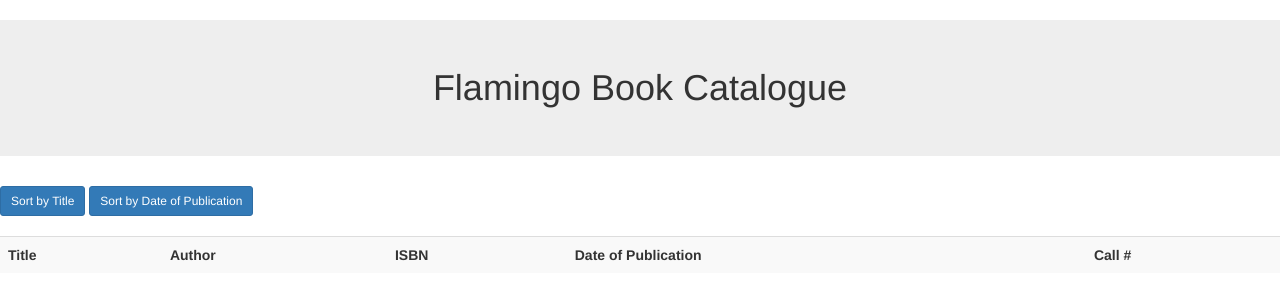
Repository: avega15/Library-Database
Page: http://localhost/main
An editor plug-in stored every save of this project. The page is shown before and after the next save, followed by the edit.
The browser window is 1280 px wide. The pictures show the whole page.
The page is this project's Thymeleaf template; nobody is signed in. The template is opened directly, without the code that normally fills it, so the values that code supplies are empty.

Above is the page before, as saved 2021-04-22 22:19:32.

### demo/src/main/resources/templates/main.html
<!DOCTYPE HTML>
<html xmlns:th="http://www.thymeleaf.org">
<head>
<title>Flamingo Palooza</title>
<link rel="icon" type="image/png" href="https://tinyurl.com/dh3wsprp"/>
<meta http-equiv="Content-Type" content="text/html; charset=UTF-8" />

<link rel="stylesheet"
	href="https://maxcdn.bootstrapcdn.com/bootstrap/3.4.1/css/bootstrap.min.css">
<script
	src="https://ajax.googleapis.com/ajax/libs/jquery/3.5.1/jquery.min.js"></script>
<script
	src="https://maxcdn.bootstrapcdn.com/bootstrap/3.4.1/js/bootstrap.min.js"></script>
</head>
<body>
	<h1 class="jumbotron" style="text-align: center">Flamingo Book
		Catalogue</h1>

	<button class="btn btn-primary btn-sm"
		onclick="window.location.href='titleSort'">Sort by Title</button>
	<button class="btn btn-primary btn-sm"
		onclick="window.location.href='dateSort'">Sort by Date of
		Publication</button>
	<br/>
	<br/>

	<table class="table table-striped">
		<tr>
			<th scope="col" onclick="window.location.href='titleSort';">Title</th>
			<th scope="col">Author</th>
			<th scope="col">ISBN</th>
			<th scope="col" onclick="window.location.href='dateSort';">Date
				of Publication</th>
			<th scope="col">Call #</th>
		</tr>
		<tr th:each="bib, bibStat: ${bibs}">
			<td th:text="${bibStat.count + '. ' + bib.getTitle()}"></td>
			<td th:text="${bib.getAuthor()}"></td>
			<td th:text="${bib.getIsbn()}"></td>
			<td th:text="${bib.getDate_of_publication()}"></td>
			<td th:text="${bib.getCall_number()}"></td>
		</tr>
	</table>
</body>
</html>

After the next save:
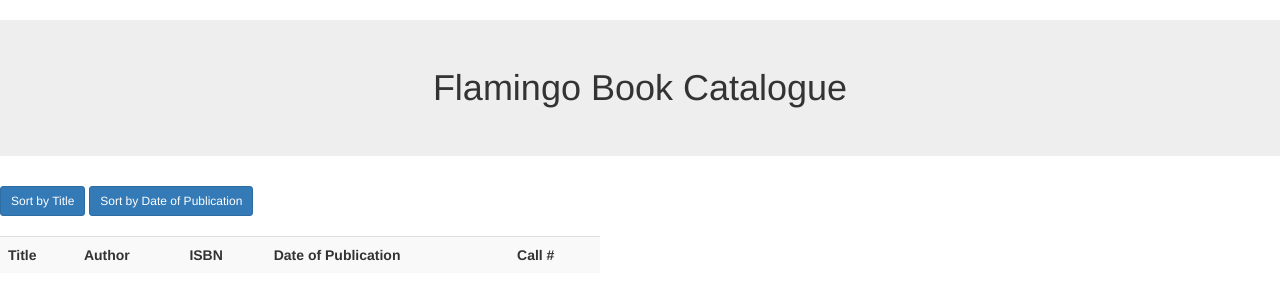
Saved 34 min 26 s later.
--- a/demo/src/main/resources/templates/main.html
+++ b/demo/src/main/resources/templates/main.html
@@ -24,7 +24,7 @@
 	<br/>
 	<br/>
 
-	<table class="table table-striped">
+	<table class="table table-striped" style="width:600px">
 		<tr>
 			<th scope="col" onclick="window.location.href='titleSort';">Title</th>
 			<th scope="col">Author</th>

After the save that followed:
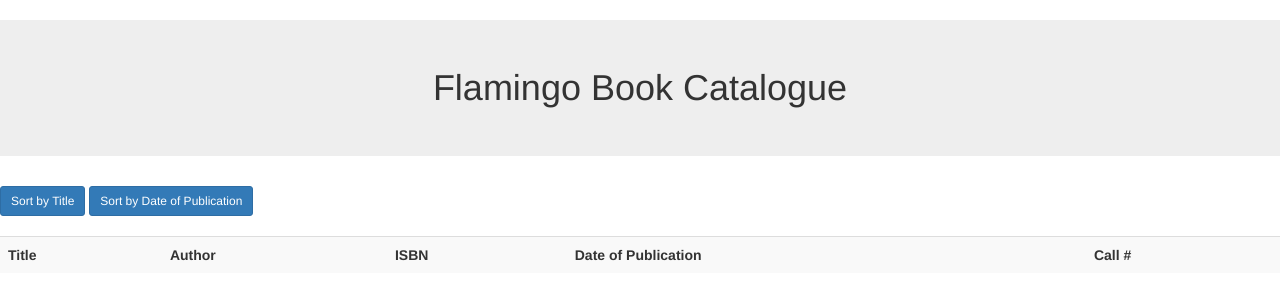
Saved 2 min 49 s later.
--- a/demo/src/main/resources/templates/main.html
+++ b/demo/src/main/resources/templates/main.html
@@ -24,7 +24,8 @@
 	<br/>
 	<br/>
 
-	<table class="table table-striped" style="width:600px">
+	<table class="table table-striped" style="margin-left: auto;
+  margin-right: auto;">
 		<tr>
 			<th scope="col" onclick="window.location.href='titleSort';">Title</th>
 			<th scope="col">Author</th>
